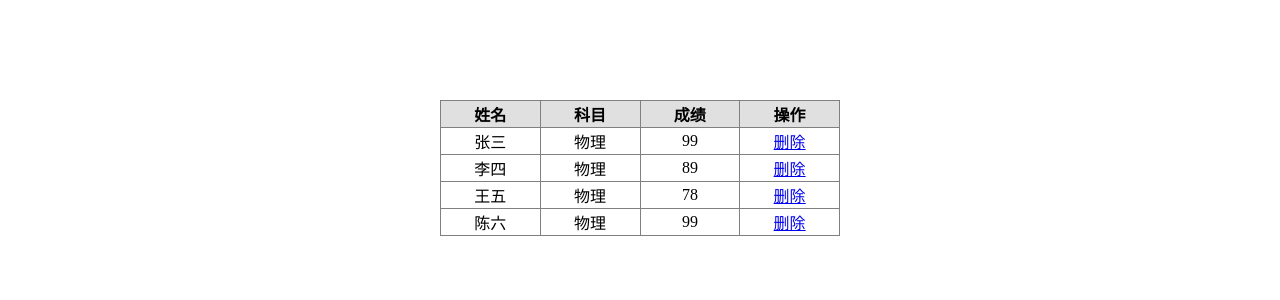
Repository: Sky0258/study
Page: js/10.动态生成表格.html
The author's editor kept a copy of each file at every save. The page is drawn from the files as they stood at one save, then again after the next save.
The browser window is 1280 px wide. The pictures show the whole page.
After loading, the first visible `a` was clicked once.

Above is the page before, as saved 2022-09-11 20:40:52.
Console error: TypeError: Cannot read properties of undefined (reading 'parentNode')

### js/10.动态生成表格.html
<!DOCTYPE html>
<html lang="en">

<head>
    <meta charset="UTF-8">
    <meta http-equiv="X-UA-Compatible" content="IE=edge">
    <meta name="viewport" content="width=device-width, initial-scale=1.0">
    <title>Document</title>
</head>
<style>
    table {
        border-collapse: collapse;
        width: 400px;
        margin: 100px auto;
    }

    thead tr {
        background-color: #e0e0e0;
    }

    td {
        text-align: center;
    }
</style>

<body>
    <table border="true">
        <thead>
            <tr>
                <th>姓名</th>
                <th>科目</th>
                <th>成绩</th>
                <th>操作</th>
            </tr>
        </thead>
        <tbody>

        </tbody>
    </table>
</body>
<script>
    var data = [{
            name: '张三',
            subject: '物理',
            grade: 99
        },
        {
            name: '李四',
            subject: '物理',
            grade: 89
        },
        {
            name: '王五',
            subject: '物理',
            grade: 78
        },
        {
            name: '陈六',
            subject: '物理',
            grade: 99
        }
    ]
    var table = document.querySelector('table');

    for (var i = 0; i < data.length; i++) {
        // 添加行
        var tr = document.createElement('tr');

        // 渲染数据单元格
        for (var j in data[i]) {
            var td = document.createElement('td');
            td.innerHTML = data[i][j];
            tr.appendChild(td);
        }
        // 添加删除操作单元格
        var del = document.createElement('td');
        del.innerHTML = "<a href='javascript:;'>删除</a>";
        tr.appendChild(del);

        table.children[1].appendChild(tr);
    }

    // 删除操作的点击事件
    var a = document.querySelectorAll('a');

    console.log(a);
    for (var k = 0; k < a.length; k++) {
        a[k].onclick = function () {
            console.log('aaaaaaaaaa');
            table.children[1].removeChild(a.parentNode.parentNode);
        }
    }
</script>

</html>

After the next save:
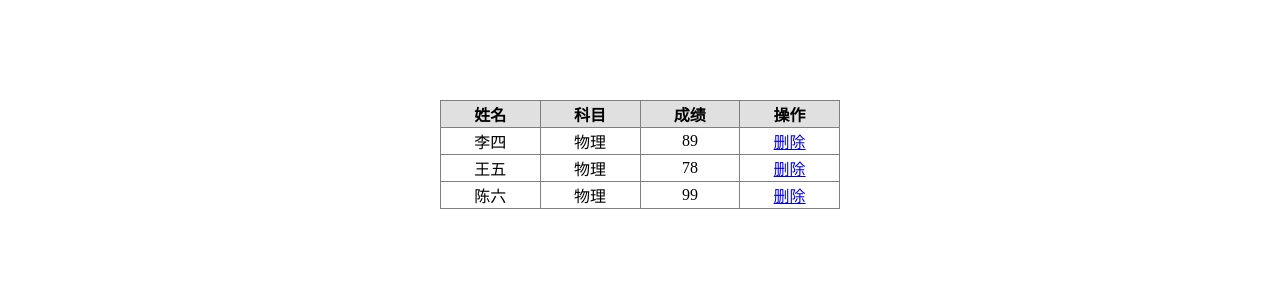
The error is gone.
Saved 5 min 47 s later.
--- a/js/10.动态生成表格.html
+++ b/js/10.动态生成表格.html
@@ -87,7 +87,7 @@
     for (var k = 0; k < a.length; k++) {
         a[k].onclick = function () {
             console.log('aaaaaaaaaa');
-            table.children[1].removeChild(a.parentNode.parentNode);
+            table.children[1].removeChild(this.parentNode.parentNode);
         }
     }
 </script>
